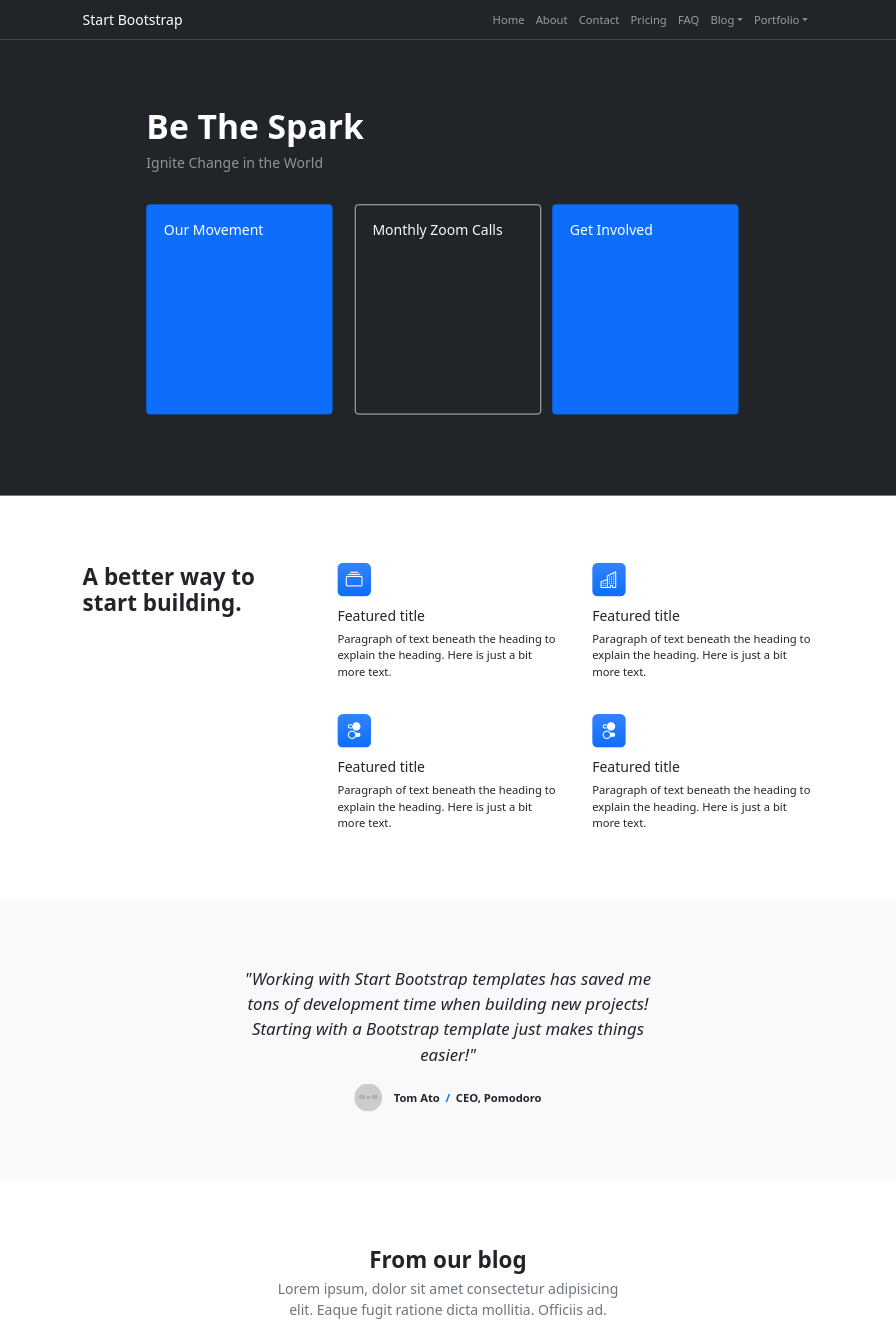
Repository: DragonFruit8/BeTheSpark
Page: index.html
These files come from the project's save history. The page is drawn as it stood at one moment and after the next save; the edit follows.
The browser window is 1280 px wide. The pictures show the part of the page from y = 0 to 1920 px (the page is 2852 px tall), at 70% of full size.

Above is the page before, as saved 2024-01-05 08:33:26.

After the next save:
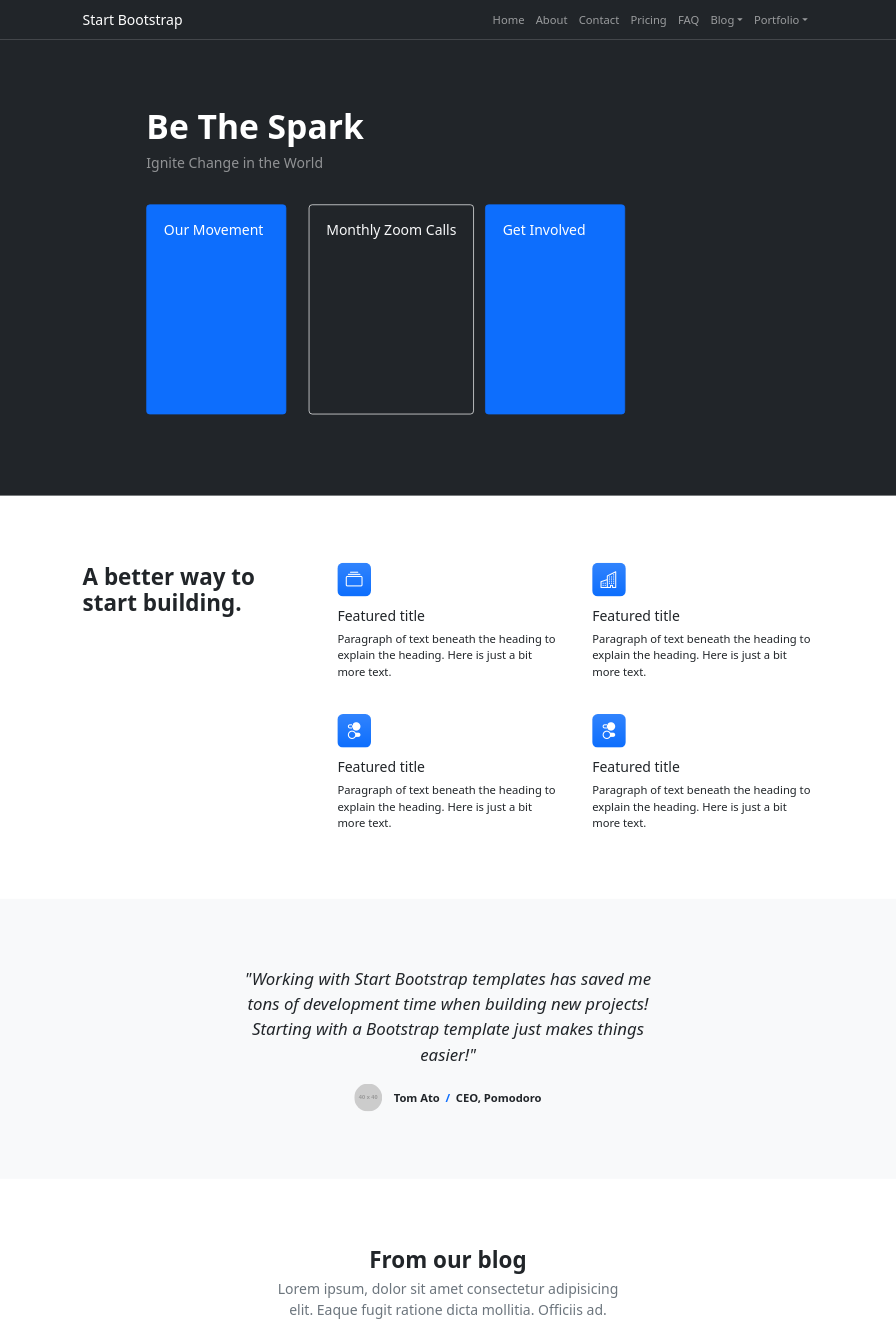
Saved 6 s later.
--- a/css/home.css
+++ b/css/home.css
@@ -1,7 +1,7 @@
 #CTA a{
     display: flex;
     height:300px;
-    width: 300px;
+    max-width: 300px;
     padding: 20px;
     margin-top: 20px;
     margin-bottom: 20px;
